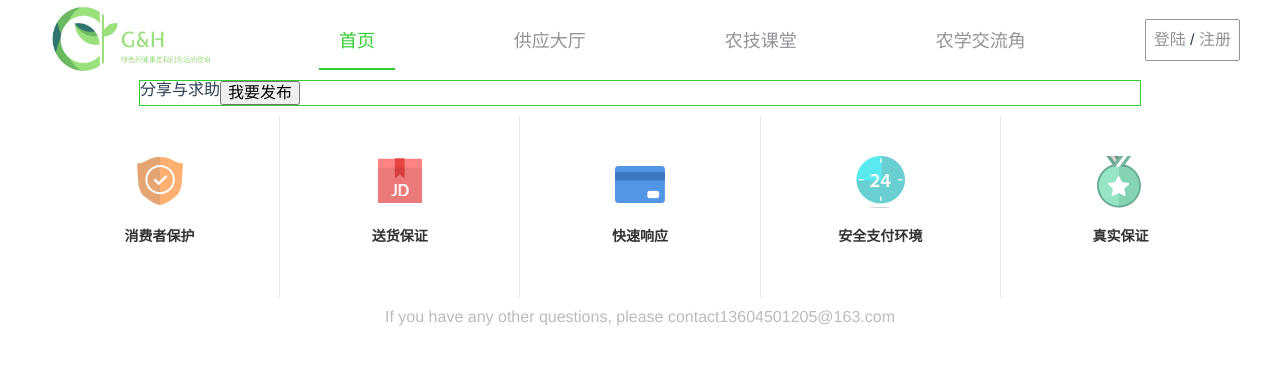
Repository: Miraitowa007/neau
Page: /communication
These files come from the project's save history. The page is drawn as it stood at one moment and after the next save; the edit follows.
The browser window is 1280 px wide. The pictures show the whole page.
The project was rebuilt for these pictures with package versions that can differ from the ones it lists, and the page was loaded fresh each time. Also part of the build but not shown: vue.config.js, src/views/home/index.vue, src/views/login/index.vue, src/views/sale/index.vue, src/views/class/index.vue.

Above is the page before, as saved 2021-04-30 11:08:05.

### src/main.js
import Vue from 'vue'
import App from './App.vue'
import router from './router'
import ElementUI from 'element-ui';
import 'element-ui/lib/theme-chalk/index.css';
import '@/style/normalize.css'
import store from './store'
import api from './api/index'

Vue.use(ElementUI);
Vue.use(api);
Vue.config.productionTip = false

new Vue({
  router,
  store,
  render: h => h(App)
}).$mount('#app')

### src/App.vue
<template>
  <div id="app">
    <web-header></web-header>
    <router-view></router-view>
    <bottom></bottom>
  </div>
</template>

<script>
import WebHeader from './components/webheader.vue'
import Bottom from './components/bottom.vue'

export default {
  name: 'App',
  components: {
    WebHeader,
    Bottom
  }
}
</script>

<style lang="scss">
#app {
  font-family: Avenir, Helvetica, Arial, sans-serif;
  -webkit-font-smoothing: antialiased;
  -moz-osx-font-smoothing: grayscale;
  text-align: center;
  color: #2c3e50;
}
</style>

### src/router.js
import Vue from 'vue'
import Router from 'vue-router'
import Home from './views/home'
import Login from './views/login'
import Sale from './views/sale'
import Communication from './views/communication'
import Class from './views/class'
Vue.use(Router)

export default new Router({
    mode:'history',
    routes:[
        {
            path:'/',
            name:'index',
            redirect: '/index',
            meta:{}
        },
        {
            path:'/index',
            name:'home',
            component:Home,
            meta:{}
        },
        {
            path:'/sale',
            name:'sale',
            component:Sale,
            meta:{},
        },
        {
            path:'/sale/detail',
            name:'product_detail',
            component:()=>import('./views/sale/details')
        },
        {
            path:'/class',
            name:'class',
            component:Class,
            meta:{}
        },
        {
            path:'/communication',
            name:'communication',
            component:Communication,
            meta:{}
        },
        {
            path:'/login',
            name:'login',
            component:Login,
            meta:{}
        }
    ]
})

### src/store.js
import Vue from 'vue';
import Vuex from 'vuex';
Vue.use(Vuex);
export default new Vuex.Store({
    state:{
        isLogin:false,
        userName:''
    },
    mutations:{
        getUserName(state,name){
            state.userName=name
        }
    },
    actions:{

    },
    getters:{
        getIsLogin(state){
            return state.isLogin
        },
        getUserName(state){
            return state.userName
        }
    }
})

### src/api/index.js
import * as api_product from './productList'
import * as api_news from './newsList'

const apiObj = {
  api_product,
  api_news
}

const install = function (Vue) {
  if (install.installed) return
  install.installed = true

  //定义属性到Vue原型中
  Object.defineProperties(Vue.prototype, {
    $fetch: {
      get() {
        return apiObj
      }
    }
  })
}

export default {
  install
}

### src/components/webheader.vue
<template>
    <div class="webHeader">
        <router-link to="/index" class="logo">
            <img src="@/assets/images/logo.jpg" alt="" srcset="" >
        </router-link>
        <el-menu :default-active="activeIndex" class="el-menu-demo" mode="horizontal" @select="handleSelect" active-text-color="#32CD32">
            <el-menu-item index="1">
                <router-link to="/index">
                    首页
                </router-link>
            </el-menu-item>
            <el-menu-item index="2">
                <router-link to="/sale">
                    供应大厅
                </router-link>
            </el-menu-item>
            <el-menu-item index="3">
                <router-link to="/class">
                    农技课堂
                </router-link>
            </el-menu-item>
            <el-menu-item index="4">
                <router-link to="/communication">
                    农学交流角
                </router-link>
            </el-menu-item>
        </el-menu>
        <div v-if="!getIsLogin" class="login">
            <router-link to="/communication">
                登陆
            </router-link>
            <span>/</span>
            <router-link to="/communication">
                注册
            </router-link>
        </div>
        <div v-else>
            <el-dropdown>
                <span class="el-dropdown-link">
                    {{getUserName}}<i class="el-icon-arrow-down el-icon--right"></i>
                </span>
                <el-dropdown-menu slot="dropdown">
                    <el-dropdown-item>
                        退出登陆
                    </el-dropdown-item>
                </el-dropdown-menu>
                </el-dropdown>
        </div>
    </div>
</template>
<script>
import {mapGetters} from 'vuex'
export default {
    name:'WebHeader',
    data(){
        return{
            activeIndex:'1'
        }
    },
    methods:{
        handleSelect(){

        }
    },
    computed:{
        ...mapGetters(['getIsLogin','getUserName'])
    }
}
</script>
<style lang="scss" scoped>
    .webHeader{
        width:1200px;
        height: 80px;
        line-height: 80px;
        display: flex;
        align-items: center;
        margin: 0 auto;
        .logo{
            width: 180px;
            height: 80px;
            line-height: 80px;
            img{
                width: 180px;
                height: 80px;
                line-height: 80px;
            }
        }
        .el-menu-demo{
            height: 80px;
            line-height: 80px;
            background-color: #ffffff;
            border: none;
            flex-grow: 1;
            display: flex;
            align-items: center;
            justify-content: space-between;;
            text-decoration: none;
            .el-menu-item{
                font-size: 18px;
                color: #909399;
            }
        }
        .login{
            height: 40px;
            text-align: center;
            line-height: 40px;
            padding: 0 8px;
            border: 1px solid #909399;
            border-radius: 2px;
            overflow: hidden;
            a{
                color:#909399
            }
        }
    }
</style>

### src/components/bottom.vue
<template>
    <div>
        <ul class="statement">
            <li >
                <div class="protection"></div>
                <div class="title">消费者保护</div>
            </li>
            <li >
                <div class="divery"></div>
                <div class="title">送货保证</div>
            </li>
            <li >
                <div class="response"></div>
                <div class="title">快速响应</div>
            </li>
            <li >
                <div class="pay"></div>
                <div class="title">安全支付环境</div>
            </li>
            <li >
                <div class="Guarantee"></div>
                <div class="title">真实保证</div>
            </li>
        </ul>
        <div class="bottom">If you have any other questions, please contact13604501205@163.com</div>
    </div>
</template>
<script>
export default {
    name:'bottom',
    data(){
        return {

        }
    }
}
</script>
<style lang="scss" scoped>
.statement{
    width: 1200px;
    margin: 10px auto;
    display: flex;
    justify-content: space-around;
    li{
        border-right: 1px solid #e9e9e9;
        width: 240px;
        height: 182px;
        float: left;
        text-align: center;
        &:last-child{
            border: none;
        }
    }
    .title{
        color: #333;
        font-size: 14px;
        margin-top: 20px;
        display: block;
        font-weight: 700;
    }
    .protection{
        width: 50px;
        height: 52px;
        background: url('../assets/images/icon_sprite.png');
        margin: 40px auto 0;
    }
    .divery{
        width: 50px;
        height: 52px;
        background: url('../assets/images/icon_sprite.png');
        margin: 40px auto 0;
        background-position: 0 -64px
    }
    .response{
        width: 50px;
        height: 52px;
        background: url('../assets/images/icon_sprite.png');
        margin: 40px auto 0;
        background-position: 0 -114px
    }
    .pay{
        width: 50px;
        height: 52px;
        background: url('../assets/images/icon_sprite.png');
        margin: 40px auto 0;
        background-position: 0 -168px
    }
    .Guarantee{
        width: 50px;
        height: 52px;
        background: url('../assets/images/icon_sprite.png');
        margin: 40px auto 0;
        background-position: 0 -220px;
    }
}
.bottom{
    margin: 0 auto 15px;
    color: #bbb;
    font-size: 16px;
}
</style>

### src/views/communication/index.vue
<template>
    <div class="communication">
        <header class="header">
            <div class="share">分享与求助</div>
            <button class="publish">我要发布</button>
        </header>
    </div>
</template>

<script>
export default {

}
</script>

<style lang="scss" scoped>
.communication{
    width: 1200px;
    margin: 0 auto;
    .header{
        width: 1000px;
        margin: 0 auto;
        display: flex;
        border: 1px solid #32CD32;
        .share{

        }
    }
}
</style>

### src/api/productList.js
import fetch from '../common'
export function getProductList(params){
    return fetch({
        url: `/list`,
        method: 'get',
        params
    })
}

### src/api/newsList.js
import fetch from '../common'
export function getNewsList(params){
    return fetch({
        url: `/articleList`,
        method: 'get',
        params
    })
}

### src/common/index.js
/*
 * @Author: ShiJInMing
 * @Date: 2021-04-28 16:34:49
 * @LastEditors: ShiJInMing
 * @LastEditTime: 2021-04-28 17:08:50
 */
import axios from 'axios'
// import router from 'src/router'
import { server_base_url } from '../../src/config/index'

//添加一个响应拦截器
axios.interceptors.response.use(function (res) {
    return res;
}, function (error) {
  let data = error.response.data;
  if (data.code == 20001) {
    let currentUrl = window.location.href;
    window.location = data.data.loginUrl + '?returnUrl=' + currentUrl;

  } else {
    return Promise.reject(error);
  }
})
export default function fetch(options) {
    return new Promise((resolve, reject) => {
        let arrHeader
        arrHeader = { 'Content-Type': 'application/json;charset=utf-8' }
        //创建一个axios实例
        const instance = axios.create({
        //设置默认根地址
        // baseURL: process.env.VUE_APP_BASE_API,
        baseURL: server_base_url,
        //设置请求超时设置
        timeout: 30000,
        //设置请求时的header
        headers: arrHeader,
        //允许跨域携带cookie
        withCredentials: true
        })

        //请求处理
        instance(options)
        .then((res) => {
            //请求成功时,根据业务判断状态
            if (res.data) {
            resolve(res.data)
            return false
            }
            else {
            resolve(res.data);
            return false
            }
        })
        .catch((error) => {
            //请求失败时,根据业务判断状态
            if (error.response) {
            if (error.response.status === 401) {
                // let currentUrl = encodeURIComponent(window.location.href)
                window.location = 'http://idssa.jd.com/sso/login?' + 'ReturnUrl=' + 'http://oper.jd.id'
            }
            reject(error.data)
            }
        })
    })
}

### src/config/index.js
/*
 * @Author: ShiJInMing
 * @Date: 2021-04-28 16:45:07
 * @LastEditors: ShiJInMing
 * @LastEditTime: 2021-04-28 17:09:11
 */
export const server_base_url = 'http://easy-mock.jd.com/mock/5feb2feb7226a9f39b3b1b7d/example'

Loaded but not shown: public/index.html (common file); src/style/normalize.css (library)

After the next save:
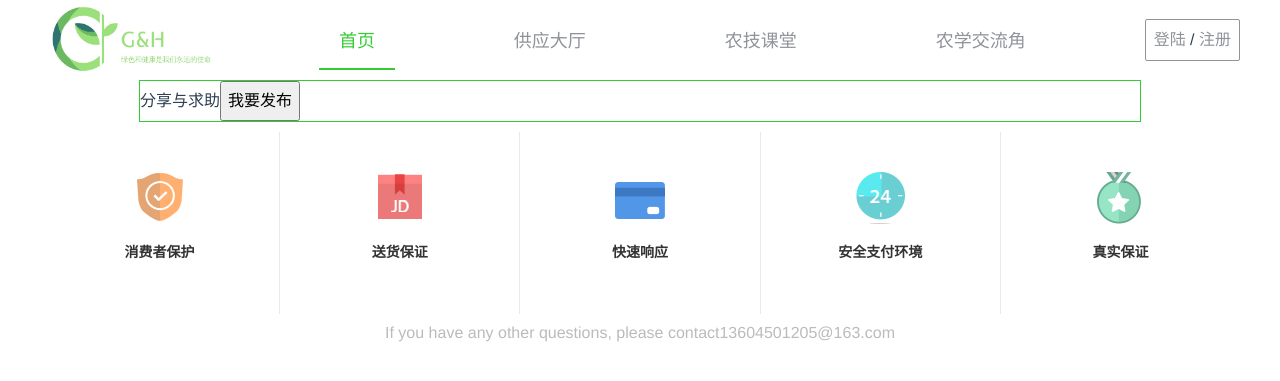
Saved 28 s later.
--- a/src/views/communication/index.vue
+++ b/src/views/communication/index.vue
@@ -19,6 +19,8 @@
     margin: 0 auto;
     .header{
         width: 1000px;
+        height: 40px;
+        line-height: 40px;
         margin: 0 auto;
         display: flex;
         border: 1px solid #32CD32;
